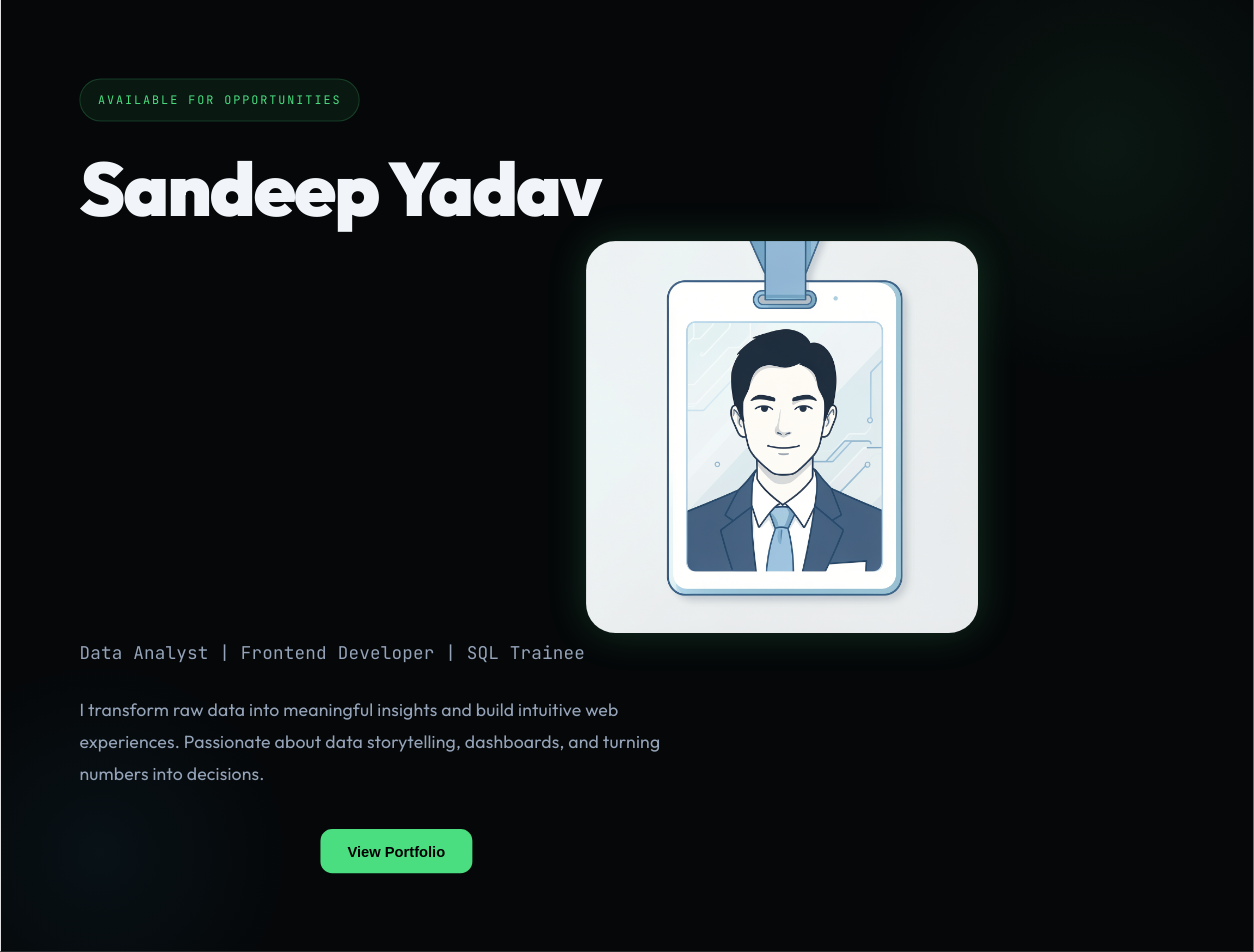
Repository: SandeepYadav18717/sandeepyadav
Page: / (app in Datanaltics_ portfolio/)
An editor plug-in stored every save of this project. The page is shown before and after a run of saves, followed by the edit.
The browser window is 1280 px wide. The pictures show the whole page, at 98% of full size.
The project was rebuilt for these pictures with package versions that can differ from the ones it lists, and the page was loaded fresh each time. Also part of the build but not shown: Datanaltics_ portfolio/vite.config.js, Datanaltics_ portfolio/src/App.css.

Above is the page before, as saved 2026-05-23 04:42:18.

After the next 2 saves:
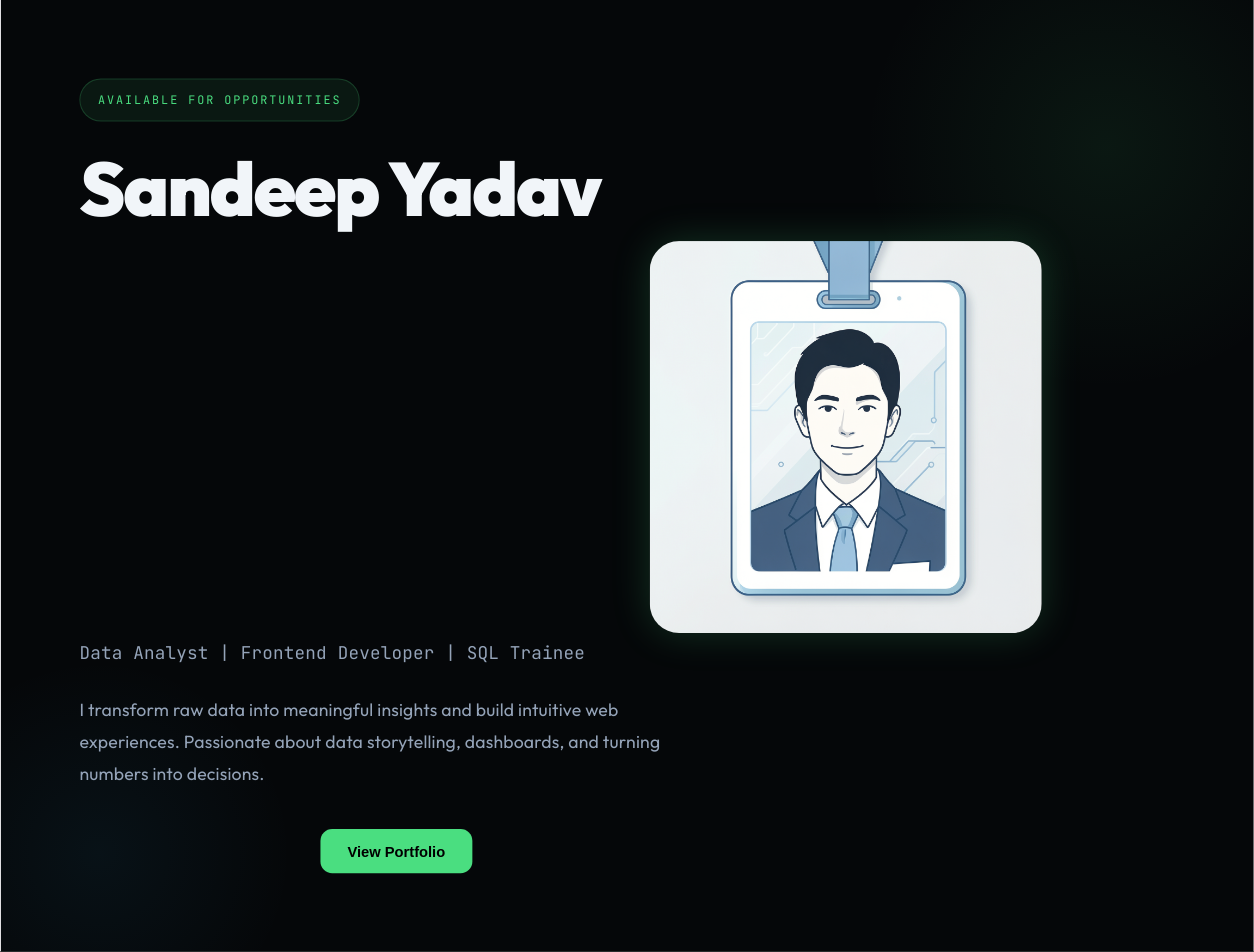
The 2 saves are shown as one change because they came seconds apart.
The last was saved 12 s later.
--- a/Datanaltics_ portfolio/src/Css/Main.css
+++ b/Datanaltics_ portfolio/src/Css/Main.css
@@ -122,7 +122,7 @@ body,
     width: 100%;
     max-width: 400px;
     height: auto;
-    margin-left: 80%;
+    margin-left: 90%;
     aspect-ratio: 1/1;
     border-radius: 30px;
     object-fit: cover;
